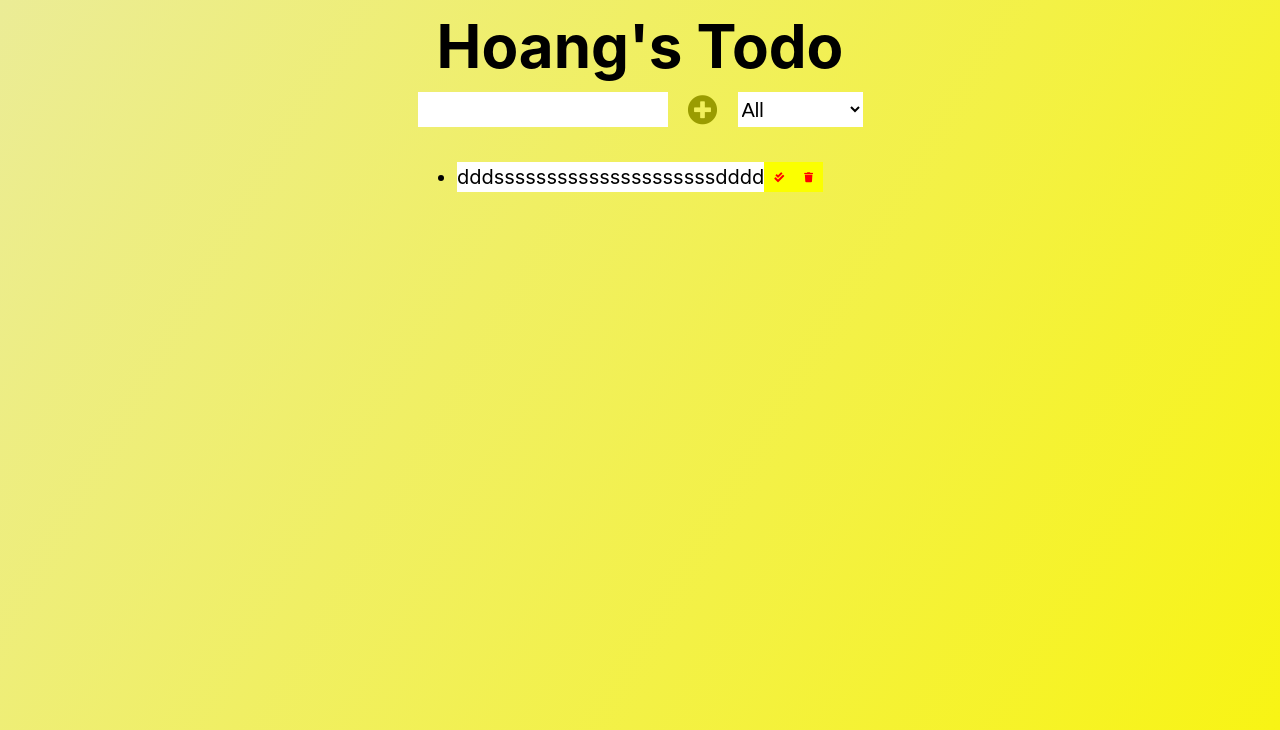
Repository: DinhHoang0607/TodoReact
Page: /
These files come from the project's save history. The page is drawn as it stood at one moment and after the next save; the edit follows.
The browser window is 1280 px wide. The pictures show the whole page.
Some web libraries are served in a nearby version. The project was rebuilt for these pictures with package versions that can differ from the ones it lists, and the page was loaded fresh each time.

Above is the page before, as saved 2021-09-11 21:44:08.

After the next save:
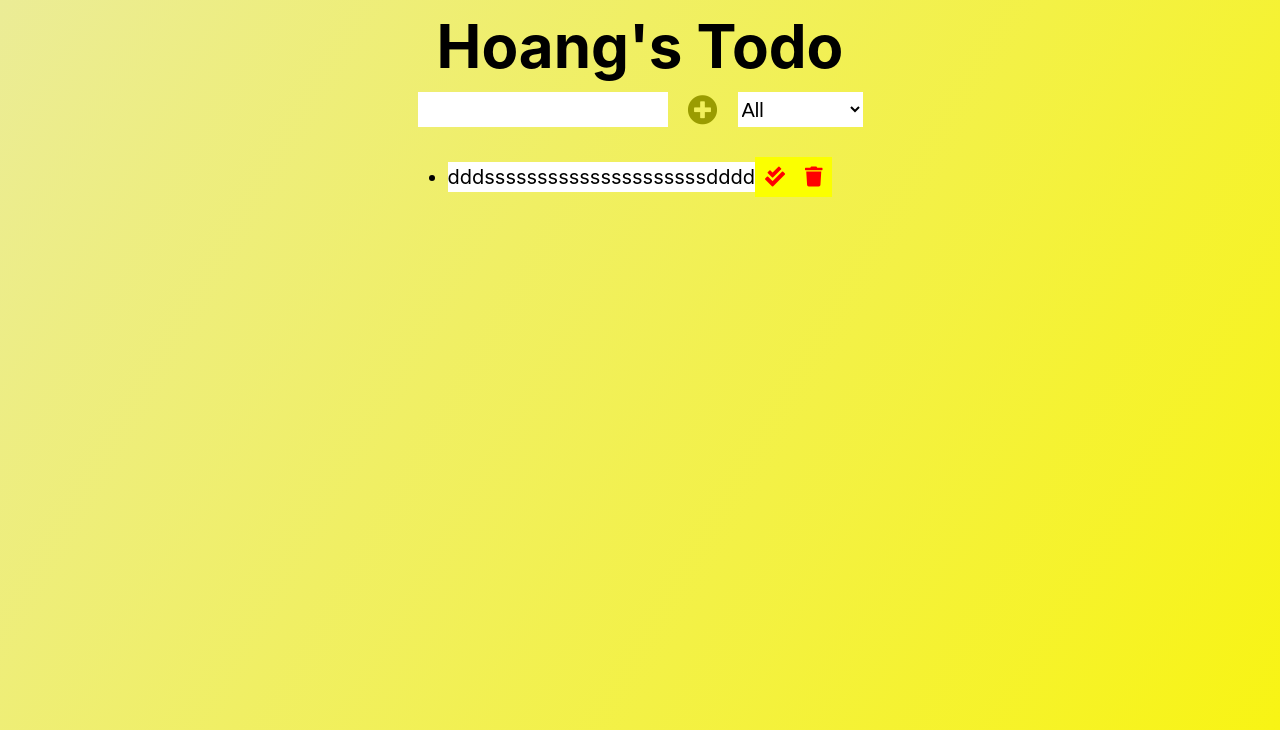
Saved 5 s later.
--- a/src/App.css
+++ b/src/App.css
@@ -93,5 +93,5 @@ option {
   color: red;
   border: none;
   padding: 1rem;
-  font-size: 1rem;
+  font-size: 2rem;
 }
